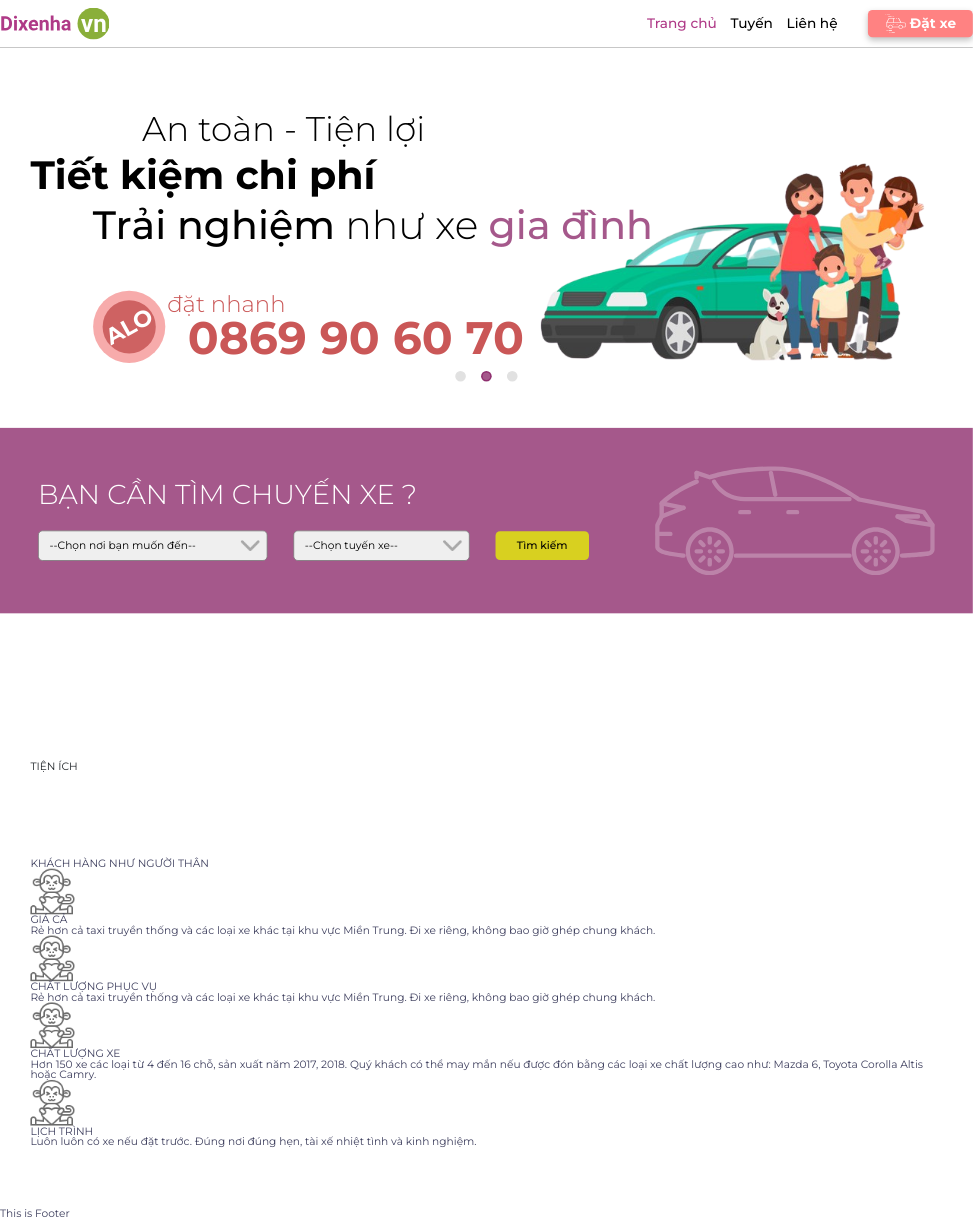
Repository: thanhthien0706/last_project--fe004
Page: lastProductF004/dist/index.html
These files come from the project's save history. The page is drawn as it stood at one moment and after the next save; the edit follows.
The browser window is 1280 px wide. The pictures show the whole page, at 76% of full size.
Some web libraries are served in a nearby version. The style sheet was rebuilt from its Sass, Less or Tailwind sources for each picture, by a compiler version that may differ from the author's.

Above is the page before, as saved 2021-09-16 21:39:59.

After the next save:
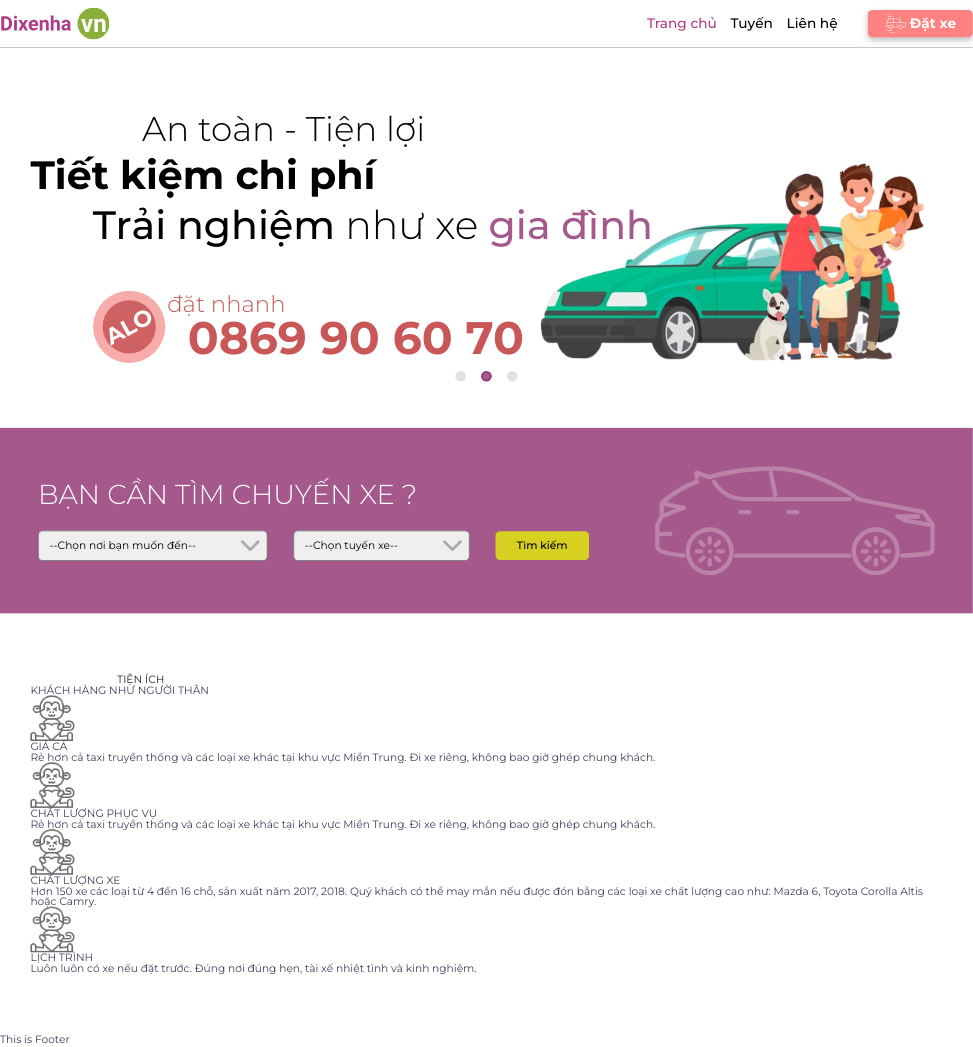
Saved 16 s later.
--- a/lastProductF004/src/styles/pages/_homepage.scss
+++ b/lastProductF004/src/styles/pages/_homepage.scss
@@ -231,7 +231,7 @@ html {
         flex-direction: column;
         // align-items: center;
         span{
-            padding: 114px 0;
+            padding: 0 114px;
         }
     }
 }
